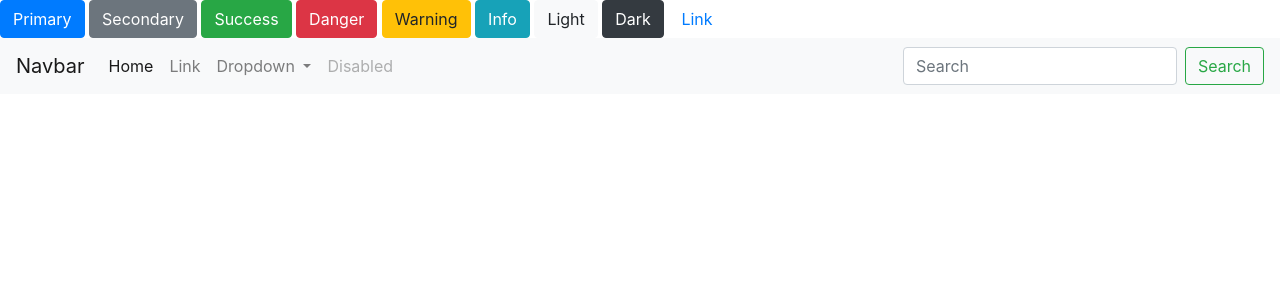
Repository: DaniloBaracho/bootstrap
Page: index.html
An editor plug-in stored every save of this project. The page is shown before and after the next save, followed by the edit.
The browser window is 1280 px wide. The pictures show the whole page.

Above is the page before, as saved 2020-05-30 18:19:26.

### index.html
<!DOCTYPE html>
<html lang="pt-br">
    <head>
        <meta charset="utf-8">
        <title>
            Usando bootstrap
        </title>
        <link rel="stylesheet", type="text/css", href="bootstrap/css/bootstrap.min.css">
        <link rel="stylesheet", type="text/css", href="css/style.css">
    </head>
    <body>
        <button type="button" class="btn btn-primary">Primary</button>
        <button type="button" class="btn btn-secondary">Secondary</button>
        <button type="button" class="btn btn-success">Success</button>
        <button type="button" class="btn btn-danger">Danger</button>
        <button type="button" class="btn btn-warning">Warning</button>
        <button type="button" class="btn btn-info">Info</button>
        <button type="button" class="btn btn-light">Light</button>
        <button type="button" class="btn btn-dark">Dark</button>
        <button type="button" class="btn btn-link">Link</button>
        <nav class="navbar navbar-expand-lg navbar-light bg-light">
            <a class="navbar-brand" href="#">Navbar</a>
            <button class="navbar-toggler" type="button" data-toggle="collapse" data-target="#navbarSupportedContent" aria-controls="navbarSupportedContent" aria-expanded="false" aria-label="Toggle navigation">
              <span class="navbar-toggler-icon"></span>
            </button>

            <div class="collapse navbar-collapse" id="navbarSupportedContent">
              <ul class="navbar-nav mr-auto">
                <li class="nav-item active">
                  <a class="nav-link" href="#">Home <span class="sr-only">(current)</span></a>
                </li>
                <li class="nav-item">
                  <a class="nav-link" href="#">Link</a>
                </li>
                <li class="nav-item dropdown">
                  <a class="nav-link dropdown-toggle" href="#" id="navbarDropdown" role="button" data-toggle="dropdown" aria-haspopup="true" aria-expanded="false">
                    Dropdown
                  </a>
                  <div class="dropdown-menu" aria-labelledby="navbarDropdown">
                    <a class="dropdown-item" href="#">Action</a>
                    <a class="dropdown-item" href="#">Another action</a>
                    <div class="dropdown-divider"></div>
                    <a class="dropdown-item" href="#">Something else here</a>
                  </div>
                </li>
                <li class="nav-item">
                  <a class="nav-link disabled" href="#" tabindex="-1" aria-disabled="true">Disabled</a>
                </li>
              </ul>
              <form class="form-inline my-2 my-lg-0">
                <input class="form-control mr-sm-2" type="search" placeholder="Search" aria-label="Search">
                <button class="btn btn-outline-success my-2 my-sm-0" type="submit">Search</button>
              </form>
            </div>
          </nav>
    </body>
</html>

Loaded but not shown: bootstrap/css/bootstrap.min.css (library); css/style.css (no stored copy; drawn as an empty file)

After the next save:
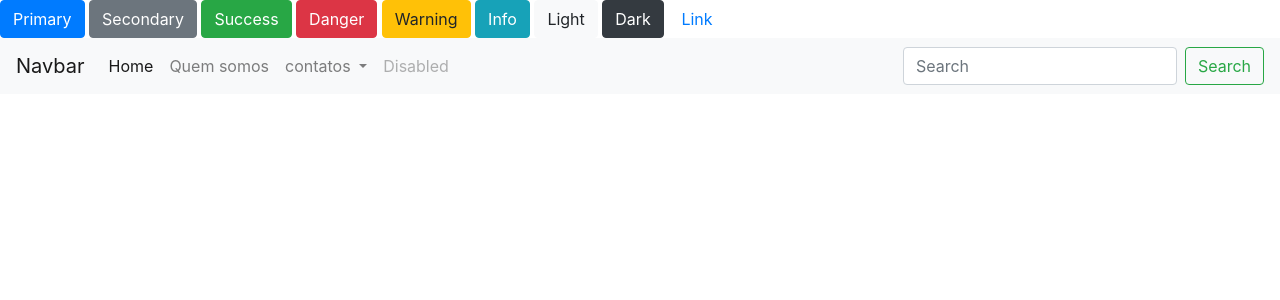
Saved 12 min 37 s later.
--- a/index.html
+++ b/index.html
@@ -30,15 +30,15 @@
                   <a class="nav-link" href="#">Home <span class="sr-only">(current)</span></a>
                 </li>
                 <li class="nav-item">
-                  <a class="nav-link" href="#">Link</a>
+                  <a class="nav-link" href="#">Quem somos</a>
                 </li>
                 <li class="nav-item dropdown">
                   <a class="nav-link dropdown-toggle" href="#" id="navbarDropdown" role="button" data-toggle="dropdown" aria-haspopup="true" aria-expanded="false">
-                    Dropdown
+                    contatos
                   </a>
                   <div class="dropdown-menu" aria-labelledby="navbarDropdown">
-                    <a class="dropdown-item" href="#">Action</a>
-                    <a class="dropdown-item" href="#">Another action</a>
+                    <a class="dropdown-item" href="#">Parceiros</a>
+                    <a class="dropdown-item" href="#">Serviços</a>
                     <div class="dropdown-divider"></div>
                     <a class="dropdown-item" href="#">Something else here</a>
                   </div>
